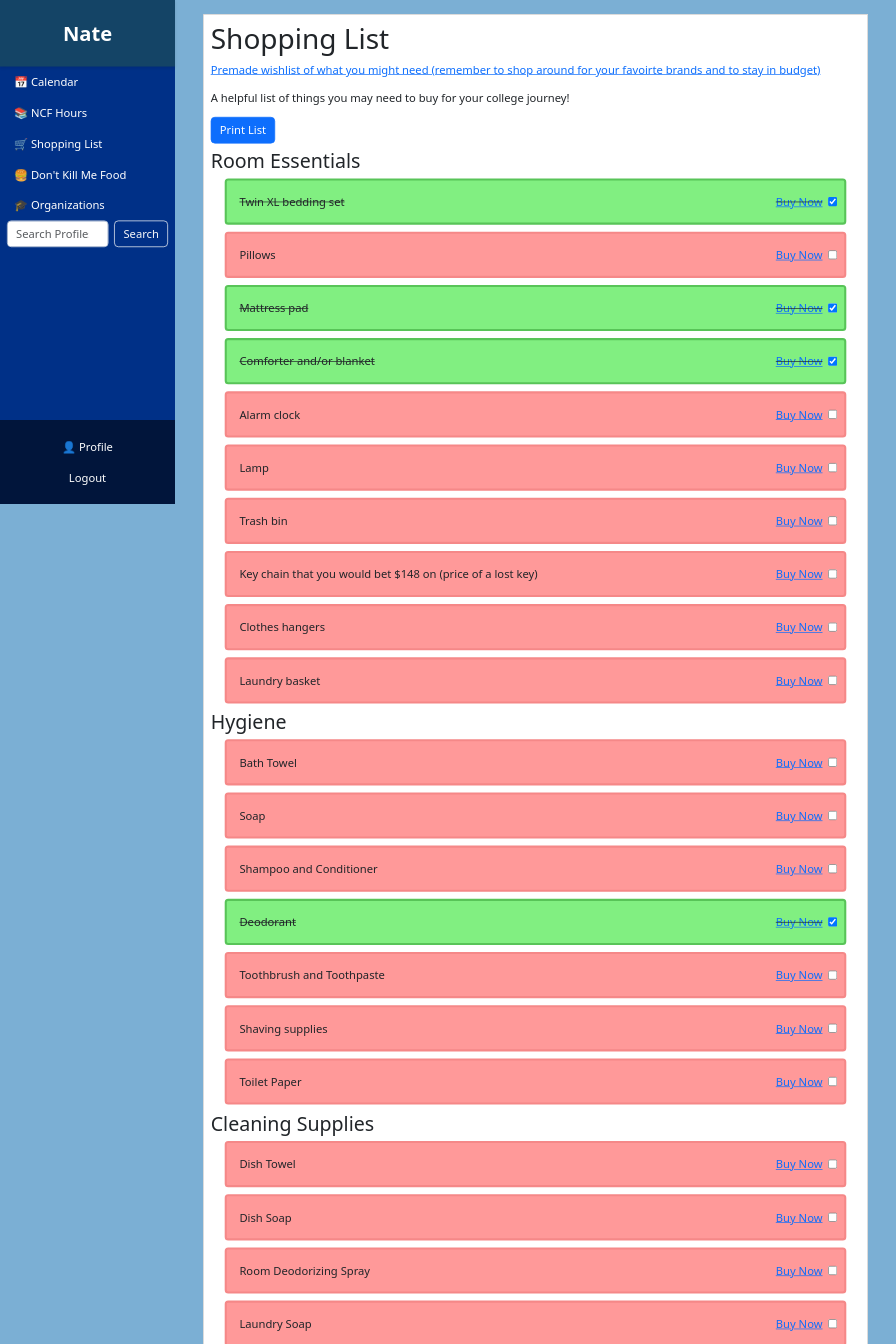
Repository: NateClarkTech/SoftwareEngineeringProject2
Page: http://localhost/shoppinglist/
These files come from the project's save history. The page is drawn as it stood at one moment and after the next save; the edit follows.
The browser window is 1280 px wide. The pictures show the part of the page from y = 0 to 1920 px (the page is 4421 px tall), at 70% of full size.
The page is served by the project's application, run on Django 5.2 (manage.py). The first stored user is signed in. Other server files are loaded and not shown. The page reads the database file committed with the project.

Above is the page before, as saved 2024-03-12 18:03:34.

### ShoppingList/templates/shoppinglist.html
{% extends 'base.html' %}

{% load static %}

{% block title %}Shopping List{% endblock %}

{% block extendHeader %}
<style>
    .item-box {
        border: 1px solid #ccc;
        padding: 10px;
        margin-bottom: 10px;
        margin-left: 20px;
        margin-right: 20px;
        background-color: white;
    }

    .checked {
        text-decoration: line-through;
        border-color: #58c458;
        border-radius: 5px;
        border-width: 3px;
        background-color: #81ef81;
    }

    .not-checked {
        text-decoration: none;
        border-color: #f58888;
        border-radius: 5px;
        border-width: 3px;
        background-color: #ff9999;
    }
</style>
{% endblock %}

{% block content %}
<div class="align-items-center">
    {% if user.is_authenticated %}
    <div class="item-box">
        <h1>Shopping List</h1>
        <a href="https://www.amazon.com/hz/wishlist/ls/1MYC1SQ5AHTOC?ref_=wl_share" target="_blank">Premade wishlist of what you might need (remember to shop around for your favoirte brands and to stay in budget)</a>
        <p class="pt-3">A helpful list of things you may need to buy for your college journey!</p>
        <button type="button" class="btn btn-primary btn-small mb-2">Print List</button>
        {% for category in itemCategories %}
            <h3>{{ category }}</h3>
            {% for item in shoppingItems %}
                {% if item.category == category %}
                    <div class="item-box d-flex {% if item.checked %}checked{%else%}not-checked{% endif %}">
                        <label for="item-{{ forloop.counter }}" class="flex-grow-1 p-2">{{ item.name }}</label>
                        <a href="{{ item.url }}" target="_blank" class="p-2">Buy Now</a>
                        <input type="checkbox" id="item-{{ forloop.counter }}" class="p-2" {% if item.checked %}checked{% endif %}>
                    </div>
                {% endif %}
            {% endfor %}
        {% endfor %}
    </div>
    {% else %}
    <p>You are not logged in</p>
    {% endif %}
</div>
{% endblock %}

{% block scripts %}
    <script src={% static '/js/shoppinglist.js' %}></script>
{% endblock %}

### ShoppingList/models.py
from django.db import models
from django.contrib.auth.models import User

class ShoppingListCategory(models.Model):
    name = models.CharField(max_length=200)

    def __str__(self):
        return self.name

class ShoppingListItem(models.Model):
    user = models.ForeignKey(User, on_delete=models.CASCADE)
    name = models.CharField(max_length=200)
    category = models.ForeignKey(ShoppingListCategory, on_delete=models.CASCADE)
    url = models.URLField(max_length=200)
    checked = models.BooleanField(default=False)

    def __str__(self):
        return self.user.username + " - " + self.name

### Leaderboard/urls.py
from django.urls import path
from . import views
#https://www.reddit.com/r/django/comments/13hknj7/my_project_doesnt_recognize_the_urls_from_one_of/
urlpatterns = [
    path('', views.checklist, name='checklist'),
    path('checklist/', views.checklist, name='checklist'),
    path('update_checklist/', views.update_checklist, name='update_checklist'),
    path('reset-tasks', views.reset_tasks),
    path('leaderboard/', views.leaderboard_view, name='leaderboard'),

]

### ShoppingList/urls.py
from django.urls import path
from . import views
from django.conf import settings
from django.conf.urls.static import static
from django.contrib.auth import views as auth_views

urlpatterns = [
    path('', views.shoppinglist, name='shoppinglist'),
    path('update_shoppinglist', views.update_shoppinglist, name='update_shoppinglist'),
]

### NovoTaskNinja/urls.py
from django.urls import path
from . import views
from django.conf import settings
from django.conf.urls.static import static
from django.contrib.auth import views as auth_views

urlpatterns = [

    # Backend-Heavy Pages
    path('dontkillmefood/', views.dontkillmefood, name='dontkillmefood'),

    # Frontend-Heavy Pages
    path('calendar', views.calendar, name='calendar'),
    path('ncfhours/', views.ncfhours, name='ncfhours'),
    path('', views.home, name='home'),


] + static(settings.MEDIA_URL, document_root=settings.MEDIA_ROOT)

### db.sqlite3 (the tables this page reads, as SQL)
CREATE TABLE "ShoppingList_shoppinglistcategory" ("id" integer NOT NULL PRIMARY KEY AUTOINCREMENT, "name" varchar(200) NOT NULL);
INSERT INTO "ShoppingList_shoppinglistcategory" VALUES
(1, 'Room Essentials'),
(2, 'Hygiene'),
(3, 'Cleaning Supplies'),
(4, 'Beach Supplies'),
(5, 'School Supplies'),
(6, 'Emergency Preparedness'),
(7, 'Other Items');

CREATE TABLE "ShoppingList_shoppinglistitem" ("id" integer NOT NULL PRIMARY KEY AUTOINCREMENT, "name" varchar(200) NOT NULL, "url" varchar(200) NOT NULL, "checked" bool NOT NULL, "user_id" integer NOT NULL REFERENCES "auth_user" ("id") DEFERRABLE INITIALLY DEFERRED, "category_id" bigint NOT NULL REFERENCES "ShoppingList_shoppinglistcategory" ("id") DEFERRABLE INITIALLY DEFERRED);
INSERT INTO "ShoppingList_shoppinglistitem" VALUES
(1, 'Twin XL bedding set', 'https://www.amazon.com/s?k=twin+xl+sheet+sets', 0, 3, 1),
(2, 'Pillows', 'https://www.amazon.com/s?k=bed+pillow', 0, 3, 1),
(3, 'Mattress pad', 'https://www.amazon.com/s?k=mattress+pad', 0, 3, 1),
(4, 'Comforter and/or blanket', 'https://www.amazon.com/s?k=comforter', 0, 3, 1),
(5, 'Alarm clock', 'https://www.amazon.com/s?k=alarm+clock', 0, 3, 1),
(6, 'Lamp', 'https://www.amazon.com/s?k=lamp', 0, 3, 1),
(7, 'Trash bin', 'https://www.amazon.com/s?k=trash+bin', 0, 3, 1),
(8, 'Key chain that you would bet $148 on (price of a lost key)', 'https://www.amazon.com/s?k=key+chain', 0, 3, 1),
(9, 'Clothes hangers', 'clothes hangers', 0, 3, 1),
(10, 'Laundry basket', 'https://www.amazon.com/s?k=laundry+basket', 0, 3, 1),
(11, 'Bath Towel', 'https://www.amazon.com/s?kbath+towel', 0, 3, 2),
(12, 'Soap', 'https://www.amazon.com/s?k=soap', 0, 3, 2),
(13, 'Shampoo and Conditioner', 'https://www.amazon.com/s?k=shampoo+and+conditioner', 0, 3, 2),
(14, 'Deodorant', 'https://www.amazon.com/s?k=deodorant', 0, 3, 2),
(15, 'Toothbrush and Toothpaste', 'https://www.amazon.com/s?k=toothbrush+and+toothpaste', 0, 3, 2),
(16, 'Shaving supplies', 'https://www.amazon.com/s?k=shaving+supplies', 0, 3, 2),
(17, 'Toilet Paper', 'https://www.amazon.com/s?k=toilet+paper', 0, 3, 2),
(18, 'Dish Towel', 'https://www.amazon.com/s?k=dish+towel', 0, 3, 3),
(19, 'Dish Soap', 'https://www.amazon.com/s?k=dish+soap', 0, 3, 3),
(20, 'Room Deodorizing Spray', 'https://www.amazon.com/s?k=room+deodorizing+spray', 0, 3, 3),
(21, 'Laundry Soap', 'https://www.amazon.com/s?k=laundry+soap', 0, 3, 3),
(22, 'Disinfectant Wipes', 'https://www.amazon.com/s?k=disinfectant+wipes', 0, 3, 3),
(23, 'Lysol Spray', 'https://www.amazon.com/s?k=lysol+spray', 0, 3, 3),
(24, 'Swimsuit', 'https://www.amazon.com/s?k=swimsuit', 0, 3, 4),
(25, 'Beach Towel', 'https://www.amazon.com/s?k=beach+towel', 0, 3, 4),
(26, 'Sunscreen', 'https://www.amazon.com/s?k=sunscreen', 0, 3, 4),
(27, 'Refillable Water Bottle', 'https://www.amazon.com/s?k=refillable+water+bottle', 0, 3, 4),
(28, 'Personal Computer', 'https://www.amazon.com/s?k=personal+computer', 0, 3, 5),
(29, 'Printer', 'https://www.amazon.com/s?k=printer', 0, 3, 5),
(30, 'Printer Paper', 'https://www.amazon.com/s?k=printer+paper', 0, 3, 5),
(31, 'Ethernet Cable', 'https://www.amazon.com/s?k=ethernet+cable', 0, 3, 5),
(32, 'Flash Drive', 'https://www.amazon.com/s?k=flash+drive', 0, 3, 5),
(33, 'Notebooks', 'https://www.amazon.com/s?k=notebooks', 0, 3, 5),
(34, 'Laptop Lock', 'https://www.amazon.com/s?k=laptop+lock', 0, 3, 5),
(35, 'Office Supplies (Poster Putty, Stapler, Push Pins, Pen/Pencils, Envelopes and Stamps)', 'https://www.amazon.com/s?k=office+supplies', 0, 3, 5),
(36, 'Desk Lamp', 'https://www.amazon.com/s?k=desk+lamp', 0, 3, 5),
(37, 'Power Strip with Surge Protector', 'https://www.amazon.com/s?k=power+strip+with+surge+protector', 0, 3, 5),
(38, 'Multi-port USB Charger', 'https://www.amazon.com/s?k=multi-port+usb+charger', 0, 3, 5),
(39, 'Headset', 'https://www.amazon.com/s?k=headset', 0, 3, 5),
(40, 'Flashlight', 'https://www.amazon.com/s?k=flashlight', 0, 3, 6),
(41, 'Batteries', 'https://www.amazon.com/s?k=batteries', 0, 3, 6),
(42, 'First-aid Kit', 'https://www.amazon.com/s?k=first-aid+kit', 0, 3, 6),
(43, 'Fan', 'https://www.amazon.com/s?k=fan', 0, 3, 7),
(44, 'Umbrella', 'https://www.amazon.com/s?k=umbrella', 0, 3, 7),
(45, 'Ear Plugs', 'https://www.amazon.com/s?k=ear+plugs', 0, 3, 7),
(46, 'Small Sewing Kit', 'https://www.amazon.com/s?k=sewing+kit', 0, 3, 7),
(47, 'Small Tool Kit', 'https://www.amazon.com/s?k=tool+kit', 0, 3, 7),
(48, 'Storage Bins', 'https://www.amazon.com/s?k=storage+bins', 0, 3, 7),
(49, 'Dishes and Utensils', 'https://www.amazon.com/s?k=dishes+and+utensils', 0, 3, 7),
(50, 'Camera', 'https://www.amazon.com/s?k=camera', 0, 3, 7),
(51, 'Can Opener', 'https://www.amazon.com/s?k=can+opener', 0, 3, 7),
(52, 'Twin XL bedding set', 'https://www.amazon.com/s?k=twin+xl+sheet+sets', 0, 4, 1),
(53, 'Pillows', 'https://www.amazon.com/s?k=bed+pillow', 0, 4, 1),
(54, 'Mattress pad', 'https://www.amazon.com/s?k=mattress+pad', 0, 4, 1),
(55, 'Comforter and/or blanket', 'https://www.amazon.com/s?k=comforter', 0, 4, 1),
(56, 'Alarm clock', 'https://www.amazon.com/s?k=alarm+clock', 0, 4, 1),
(57, 'Lamp', 'https://www.amazon.com/s?k=lamp', 0, 4, 1),
(58, 'Trash bin', 'https://www.amazon.com/s?k=trash+bin', 0, 4, 1),
(59, 'Key chain that you would bet $148 on (price of a lost key)', 'https://www.amazon.com/s?k=key+chain', 0, 4, 1),
(60, 'Clothes hangers', 'clothes hangers', 0, 4, 1),
(61, 'Laundry basket', 'https://www.amazon.com/s?k=laundry+basket', 0, 4, 1),
(62, 'Bath Towel', 'https://www.amazon.com/s?kbath+towel', 0, 4, 2),
(63, 'Soap', 'https://www.amazon.com/s?k=soap', 0, 4, 2),
(64, 'Shampoo and Conditioner', 'https://www.amazon.com/s?k=shampoo+and+conditioner', 0, 4, 2),
(65, 'Deodorant', 'https://www.amazon.com/s?k=deodorant', 0, 4, 2),
(66, 'Toothbrush and Toothpaste', 'https://www.amazon.com/s?k=toothbrush+and+toothpaste', 0, 4, 2),
(67, 'Shaving supplies', 'https://www.amazon.com/s?k=shaving+supplies', 0, 4, 2),
(68, 'Toilet Paper', 'https://www.amazon.com/s?k=toilet+paper', 0, 4, 2),
(69, 'Dish Towel', 'https://www.amazon.com/s?k=dish+towel', 0, 4, 3),
(70, 'Dish Soap', 'https://www.amazon.com/s?k=dish+soap', 0, 4, 3),
(71, 'Room Deodorizing Spray', 'https://www.amazon.com/s?k=room+deodorizing+spray', 0, 4, 3),
(72, 'Laundry Soap', 'https://www.amazon.com/s?k=laundry+soap', 0, 4, 3),
(73, 'Disinfectant Wipes', 'https://www.amazon.com/s?k=disinfectant+wipes', 0, 4, 3),
(74, 'Lysol Spray', 'https://www.amazon.com/s?k=lysol+spray', 0, 4, 3),
(75, 'Swimsuit', 'https://www.amazon.com/s?k=swimsuit', 0, 4, 4),
(76, 'Beach Towel', 'https://www.amazon.com/s?k=beach+towel', 0, 4, 4),
(77, 'Sunscreen', 'https://www.amazon.com/s?k=sunscreen', 0, 4, 4),
(78, 'Refillable Water Bottle', 'https://www.amazon.com/s?k=refillable+water+bottle', 0, 4, 4),
(79, 'Personal Computer', 'https://www.amazon.com/s?k=personal+computer', 0, 4, 5),
(80, 'Printer', 'https://www.amazon.com/s?k=printer', 0, 4, 5),
(81, 'Printer Paper', 'https://www.amazon.com/s?k=printer+paper', 0, 4, 5),
(82, 'Ethernet Cable', 'https://www.amazon.com/s?k=ethernet+cable', 0, 4, 5),
(83, 'Flash Drive', 'https://www.amazon.com/s?k=flash+drive', 0, 4, 5),
(84, 'Notebooks', 'https://www.amazon.com/s?k=notebooks', 0, 4, 5),
(85, 'Laptop Lock', 'https://www.amazon.com/s?k=laptop+lock', 0, 4, 5),
(86, 'Office Supplies (Poster Putty, Stapler, Push Pins, Pen/Pencils, Envelopes and Stamps)', 'https://www.amazon.com/s?k=office+supplies', 0, 4, 5),
(87, 'Desk Lamp', 'https://www.amazon.com/s?k=desk+lamp', 0, 4, 5),
(88, 'Power Strip with Surge Protector', 'https://www.amazon.com/s?k=power+strip+with+surge+protector', 0, 4, 5),
(89, 'Multi-port USB Charger', 'https://www.amazon.com/s?k=multi-port+usb+charger', 0, 4, 5),
(90, 'Headset', 'https://www.amazon.com/s?k=headset', 0, 4, 5),
(91, 'Flashlight', 'https://www.amazon.com/s?k=flashlight', 0, 4, 6),
(92, 'Batteries', 'https://www.amazon.com/s?k=batteries', 0, 4, 6),
(93, 'First-aid Kit', 'https://www.amazon.com/s?k=first-aid+kit', 0, 4, 6),
(94, 'Fan', 'https://www.amazon.com/s?k=fan', 0, 4, 7),
(95, 'Umbrella', 'https://www.amazon.com/s?k=umbrella', 0, 4, 7),
(96, 'Ear Plugs', 'https://www.amazon.com/s?k=ear+plugs', 0, 4, 7),
(97, 'Small Sewing Kit', 'https://www.amazon.com/s?k=sewing+kit', 0, 4, 7),
(98, 'Small Tool Kit', 'https://www.amazon.com/s?k=tool+kit', 0, 4, 7),
(99, 'Storage Bins', 'https://www.amazon.com/s?k=storage+bins', 0, 4, 7),
(100, 'Dishes and Utensils', 'https://www.amazon.com/s?k=dishes+and+utensils', 0, 4, 7),
(101, 'Camera', 'https://www.amazon.com/s?k=camera', 0, 4, 7),
(102, 'Can Opener', 'https://www.amazon.com/s?k=can+opener', 0, 4, 7),
(103, 'Twin XL bedding set', 'https://www.amazon.com/s?k=twin+xl+sheet+sets', 0, 2, 1),
(104, 'Pillows', 'https://www.amazon.com/s?k=bed+pillow', 0, 2, 1),
(105, 'Mattress pad', 'https://www.amazon.com/s?k=mattress+pad', 0, 2, 1),
(106, 'Comforter and/or blanket', 'https://www.amazon.com/s?k=comforter', 0, 2, 1),
(107, 'Alarm clock', 'https://www.amazon.com/s?k=alarm+clock', 0, 2, 1),
(108, 'Lamp', 'https://www.amazon.com/s?k=lamp', 0, 2, 1),
(109, 'Trash bin', 'https://www.amazon.com/s?k=trash+bin', 0, 2, 1),
(110, 'Key chain that you would bet $148 on (price of a lost key)', 'https://www.amazon.com/s?k=key+chain', 0, 2, 1),
(111, 'Clothes hangers', 'https://www.amazon.com/s?k=clothes+hangers', 0, 2, 1),
(112, 'Laundry basket', 'https://www.amazon.com/s?k=laundry+basket', 0, 2, 1),
(113, 'Bath Towel', 'https://www.amazon.com/s?k=bath+towels', 0, 2, 2),
(114, 'Soap', 'https://www.amazon.com/s?k=soap', 0, 2, 2),
(115, 'Shampoo and Conditioner', 'https://www.amazon.com/s?k=shampoo+and+conditioner', 0, 2, 2),
(116, 'Deodorant', 'https://www.amazon.com/s?k=deodorant', 0, 2, 2),
(117, 'Toothbrush and Toothpaste', 'https://www.amazon.com/s?k=toothbrush+and+toothpaste', 0, 2, 2),
(118, 'Shaving supplies', 'https://www.amazon.com/s?k=shaving+supplies', 0, 2, 2),
(119, 'Toilet Paper', 'https://www.amazon.com/s?k=toilet+paper', 0, 2, 2),
(120, 'Dish Towel', 'https://www.amazon.com/s?k=dish+towel', 0, 2, 3),
(121, 'Dish Soap', 'https://www.amazon.com/s?k=dish+soap', 0, 2, 3),
(122, 'Room Deodorizing Spray', 'https://www.amazon.com/s?k=room+deodorizing+spray', 0, 2, 3),
(123, 'Laundry Soap', 'https://www.amazon.com/s?k=laundry+soap', 0, 2, 3),
(124, 'Disinfectant Wipes', 'https://www.amazon.com/s?k=disinfectant+wipes', 0, 2, 3),
(125, 'Lysol Spray', 'https://www.amazon.com/s?k=lysol+spray', 0, 2, 3),
(126, 'Swimsuit', 'https://www.amazon.com/s?k=swimsuit', 0, 2, 4),
(127, 'Beach Towel', 'https://www.amazon.com/s?k=beach+towel', 0, 2, 4),
(128, 'Sunscreen', 'https://www.amazon.com/s?k=sunscreen', 0, 2, 4),
(129, 'Refillable Water Bottle', 'https://www.amazon.com/s?k=refillable+water+bottle', 0, 2, 4),
(130, 'Personal Computer', 'https://www.amazon.com/s?k=personal+computer', 0, 2, 5),
(131, 'Printer', 'https://www.amazon.com/s?k=printer', 0, 2, 5),
(132, 'Printer Paper', 'https://www.amazon.com/s?k=printer+paper', 0, 2, 5),
(133, 'Ethernet Cable', 'https://www.amazon.com/s?k=ethernet+cable', 0, 2, 5),
(134, 'Flash Drive', 'https://www.amazon.com/s?k=flash+drive', 0, 2, 5),
(135, 'Notebooks', 'https://www.amazon.com/s?k=notebooks', 0, 2, 5),
(136, 'Laptop Lock', 'https://www.amazon.com/s?k=laptop+lock', 0, 2, 5),
(137, 'Office Supplies (Poster Putty, Stapler, Push Pins, Pen/Pencils, Envelopes and Stamps)', 'https://www.amazon.com/s?k=office+supplies', 0, 2, 5),
(138, 'Desk Lamp', 'https://www.amazon.com/s?k=desk+lamp', 0, 2, 5),
(139, 'Power Strip with Surge Protector', 'https://www.amazon.com/s?k=power+strip+with+surge+protector', 0, 2, 5),
(140, 'Multi-port USB Charger', 'https://www.amazon.com/s?k=multi-port+usb+charger', 0, 2, 5),
(141, 'Headset', 'https://www.amazon.com/s?k=headset', 0, 2, 5),
(142, 'Flashlight', 'https://www.amazon.com/s?k=flashlight', 0, 2, 6),
(143, 'Batteries', 'https://www.amazon.com/s?k=batteries', 0, 2, 6),
(144, 'First-aid Kit', 'https://www.amazon.com/s?k=first-aid+kit', 0, 2, 6),
(145, 'Fan', 'https://www.amazon.com/s?k=fan', 0, 2, 7),
(146, 'Umbrella', 'https://www.amazon.com/s?k=umbrella', 0, 2, 7),
(147, 'Ear Plugs', 'https://www.amazon.com/s?k=ear+plugs', 0, 2, 7),
(148, 'Small Sewing Kit', 'https://www.amazon.com/s?k=sewing+kit', 0, 2, 7),
(149, 'Small Tool Kit', 'https://www.amazon.com/s?k=tool+kit', 0, 2, 7),
(150, 'Storage Bins', 'https://www.amazon.com/s?k=storage+bins', 0, 2, 7),
(151, 'Dishes and Utensils', 'https://www.amazon.com/s?k=dishes+and+utensils', 0, 2, 7),
(152, 'Camera', 'https://www.amazon.com/s?k=camera', 0, 2, 7),
(153, 'Can Opener', 'https://www.amazon.com/s?k=can+opener', 0, 2, 7),
(154, 'Twin XL bedding set', 'https://www.amazon.com/s?k=twin+xl+sheet+sets', 1, 1, 1),
(155, 'Pillows', 'https://www.amazon.com/s?k=bed+pillow', 0, 1, 1),
(156, 'Mattress pad', 'https://www.amazon.com/s?k=mattress+pad', 1, 1, 1),
(157, 'Comforter and/or blanket', 'https://www.amazon.com/s?k=comforter', 1, 1, 1),
(158, 'Alarm clock', 'https://www.amazon.com/s?k=alarm+clock', 0, 1, 1),
(159, 'Lamp', 'https://www.amazon.com/s?k=lamp', 0, 1, 1),
(160, 'Trash bin', 'https://www.amazon.com/s?k=trash+bin', 0, 1, 1),
(161, 'Key chain that you would bet $148 on (price of a lost key)', 'https://www.amazon.com/s?k=key+chain', 0, 1, 1),
(162, 'Clothes hangers', 'https://www.amazon.com/s?k=clothes+hangers', 0, 1, 1),
(163, 'Laundry basket', 'https://www.amazon.com/s?k=laundry+basket', 0, 1, 1),
(164, 'Bath Towel', 'https://www.amazon.com/s?k=bath+towels', 0, 1, 2),
(165, 'Soap', 'https://www.amazon.com/s?k=soap', 0, 1, 2),
(166, 'Shampoo and Conditioner', 'https://www.amazon.com/s?k=shampoo+and+conditioner', 0, 1, 2),
(167, 'Deodorant', 'https://www.amazon.com/s?k=deodorant', 1, 1, 2),
(168, 'Toothbrush and Toothpaste', 'https://www.amazon.com/s?k=toothbrush+and+toothpaste', 0, 1, 2),
(169, 'Shaving supplies', 'https://www.amazon.com/s?k=shaving+supplies', 0, 1, 2),
(170, 'Toilet Paper', 'https://www.amazon.com/s?k=toilet+paper', 0, 1, 2),
(171, 'Dish Towel', 'https://www.amazon.com/s?k=dish+towel', 0, 1, 3),
(172, 'Dish Soap', 'https://www.amazon.com/s?k=dish+soap', 0, 1, 3),
(173, 'Room Deodorizing Spray', 'https://www.amazon.com/s?k=room+deodorizing+spray', 0, 1, 3),
(174, 'Laundry Soap', 'https://www.amazon.com/s?k=laundry+soap', 0, 1, 3),
(175, 'Disinfectant Wipes', 'https://www.amazon.com/s?k=disinfectant+wipes', 0, 1, 3),
(176, 'Lysol Spray', 'https://www.amazon.com/s?k=lysol+spray', 0, 1, 3),
(177, 'Swimsuit', 'https://www.amazon.com/s?k=swimsuit', 0, 1, 4),
(178, 'Beach Towel', 'https://www.amazon.com/s?k=beach+towel', 0, 1, 4),
(179, 'Sunscreen', 'https://www.amazon.com/s?k=sunscreen', 0, 1, 4),
(180, 'Refillable Water Bottle', 'https://www.amazon.com/s?k=refillable+water+bottle', 0, 1, 4),
(181, 'Personal Computer', 'https://www.amazon.com/s?k=personal+computer', 0, 1, 5),
(182, 'Printer', 'https://www.amazon.com/s?k=printer', 0, 1, 5),
(183, 'Printer Paper', 'https://www.amazon.com/s?k=printer+paper', 0, 1, 5),
(184, 'Ethernet Cable', 'https://www.amazon.com/s?k=ethernet+cable', 0, 1, 5),
(185, 'Flash Drive', 'https://www.amazon.com/s?k=flash+drive', 0, 1, 5),
(186, 'Notebooks', 'https://www.amazon.com/s?k=notebooks', 0, 1, 5),
(187, 'Laptop Lock', 'https://www.amazon.com/s?k=laptop+lock', 0, 1, 5),
(188, 'Office Supplies (Poster Putty, Stapler, Push Pins, Pen/Pencils, Envelopes and Stamps)', 'https://www.amazon.com/s?k=office+supplies', 0, 1, 5),
(189, 'Desk Lamp', 'https://www.amazon.com/s?k=desk+lamp', 0, 1, 5),
(190, 'Power Strip with Surge Protector', 'https://www.amazon.com/s?k=power+strip+with+surge+protector', 0, 1, 5),
(191, 'Multi-port USB Charger', 'https://www.amazon.com/s?k=multi-port+usb+charger', 0, 1, 5),
(192, 'Headset', 'https://www.amazon.com/s?k=headset', 0, 1, 5),
(193, 'Flashlight', 'https://www.amazon.com/s?k=flashlight', 0, 1, 6),
(194, 'Batteries', 'https://www.amazon.com/s?k=batteries', 0, 1, 6),
(195, 'First-aid Kit', 'https://www.amazon.com/s?k=first-aid+kit', 0, 1, 6),
(196, 'Fan', 'https://www.amazon.com/s?k=fan', 0, 1, 7),
(197, 'Umbrella', 'https://www.amazon.com/s?k=umbrella', 0, 1, 7),
(198, 'Ear Plugs', 'https://www.amazon.com/s?k=ear+plugs', 0, 1, 7),
(199, 'Small Sewing Kit', 'https://www.amazon.com/s?k=sewing+kit', 0, 1, 7),
(200, 'Small Tool Kit', 'https://www.amazon.com/s?k=tool+kit', 0, 1, 7),
(201, 'Storage Bins', 'https://www.amazon.com/s?k=storage+bins', 0, 1, 7),
(202, 'Dishes and Utensils', 'https://www.amazon.com/s?k=dishes+and+utensils', 0, 1, 7),
(203, 'Camera', 'https://www.amazon.com/s?k=camera', 0, 1, 7),
(204, 'Can Opener', 'https://www.amazon.com/s?k=can+opener', 0, 1, 7);

CREATE TABLE "auth_user" ("id" integer NOT NULL PRIMARY KEY AUTOINCREMENT, "password" varchar(128) NOT NULL, "last_login" datetime NULL, "is_superuser" bool NOT NULL, "username" varchar(150) NOT NULL UNIQUE, "last_name" varchar(150) NOT NULL, "email" varchar(254) NOT NULL, "is_staff" bool NOT NULL, "is_active" bool NOT NULL, "date_joined" datetime NOT NULL, "first_name" varchar(150) NOT NULL);
INSERT INTO "auth_user" VALUES
(1, 'pbkdf2_sha256$720000$voXDfFPGW35Vj4HBNrXH6O$81VbTivkDmHTHyrO0enerEqBO5Y1jna5vWEizOy2neM=', '2024-03-12 19:50:57.516190', 0, 'Nate', '', '', 0, 1, '2024-03-10 17:59:04.381654', ''),
(2, 'pbkdf2_sha256$720000$6xx2oJHi4sTw9UGfKxI1Vr$hTFa86Txj4tm4MMlh+gyYzNVMNkcrilSLcoieOe8rZ0=', '2024-03-12 19:31:30.492896', 1, 'admin', '', '', 1, 1, '2024-03-10 17:59:37.223655', ''),
(3, 'pbkdf2_sha256$720000$CYfsySN9KJ3kKCFa7FcOyu$1SpWWJdIaEb00rFZobW7XtaDRaXiSxJRIjAVbF6ooGU=', '2024-03-12 15:52:11.849871', 0, 'NotNate', '', '', 0, 1, '2024-03-10 21:43:19.463536', ''),
(4, 'pbkdf2_sha256$720000$yQsW3wlpSp5GMrkLKbaAMK$XEmvrkUnHV2qiy/8O9pIhwGZvYNqFGRgejnn5yn4QFM=', '2024-03-11 00:26:01.990320', 0, 'Username', '', '', 0, 1, '2024-03-11 00:26:01.476318', '');

Loaded but not shown: ShoppingList/static/js/shoppinglist.js (67 lines, source omitted); NovoTaskNinja/templates/navbar.html (248 lines, source omitted); ShoppingList/views.py (113 lines, source omitted); static/css/base/base.css (123 lines, source omitted); NovoTaskNinja/templates/base.html (49 lines, source omitted); SEProject2/urls.py (30 lines, source omitted); Profile/urls.py (26 lines, source omitted)

After the next save:
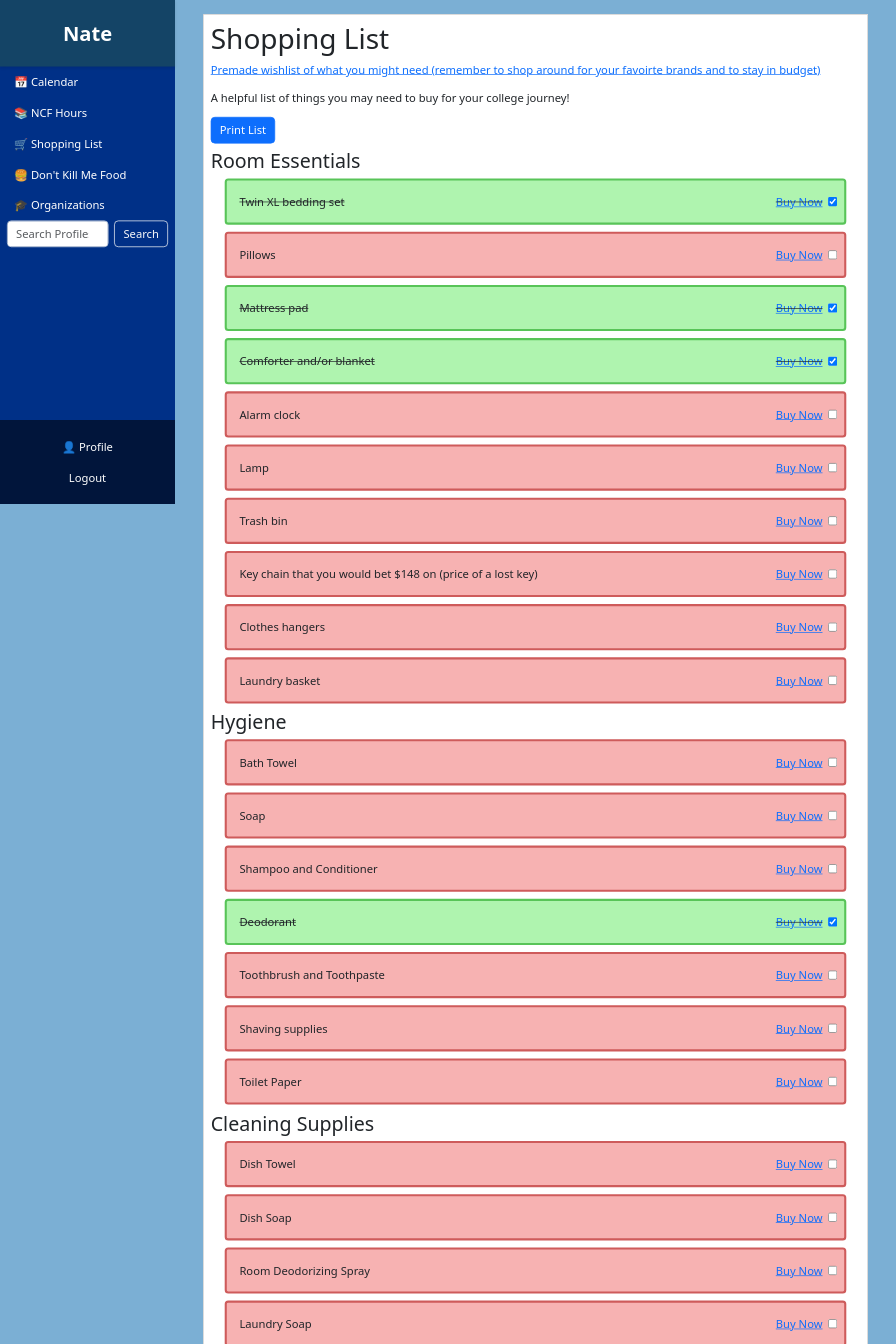
Saved 9 s later.
--- a/ShoppingList/templates/shoppinglist.html
+++ b/ShoppingList/templates/shoppinglist.html
@@ -20,15 +20,15 @@
         border-color: #58c458;
         border-radius: 5px;
         border-width: 3px;
-        background-color: #81ef81;
+        background-color: #aff4af;
     }
 
     .not-checked {
         text-decoration: none;
-        border-color: #f58888;
+        border-color: #ce5b5b;
         border-radius: 5px;
         border-width: 3px;
-        background-color: #ff9999;
+        background-color: #f7b2b2;
     }
 </style>
 {% endblock %}
